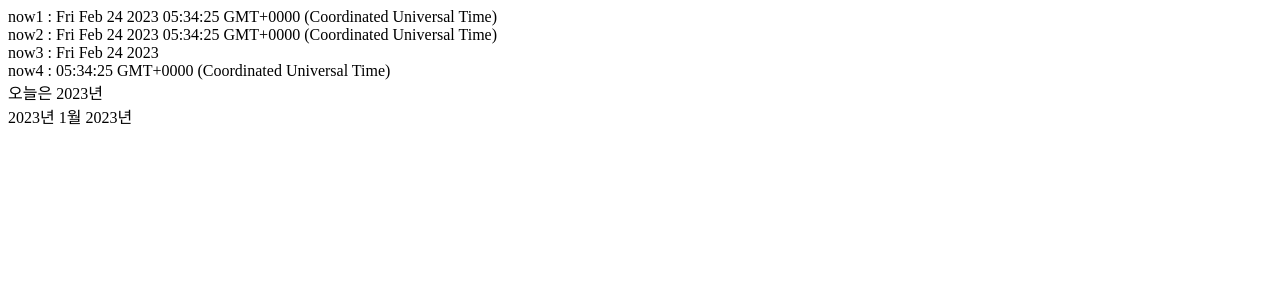
Repository: song-bean/Web_song
Page: 03_JavaScript/src/main/webapp/02_내장객체/Ex07.html
An editor plug-in stored every save of this project. The page is shown before and after the next save, followed by the edit.
The browser window is 1280 px wide. The pictures show the whole page.

Above is the page before, as saved 2023-02-28 01:03:13.

### 03_JavaScript/src/main/webapp/02_내장객체/Ex07.html
<!DOCTYPE html>
<html>
<head>
<meta charset="UTF-8">
<title>Ex07</title>
<script type="text/javascript">
	var now = new Date();
	document.write("now1 : " + now + "<br>");
	document.write("now2 : " + now.toString() + "<br>");
	document.write("now3 : " + now.toDateString() + "<br>");
	document.write("now4 : " + now.toTimeString() + "<br>");

	document.write("오늘은 ");
	document.write(now.getYear()+1900 + "년<br>"); //1900년이 기준
	document.write(now.getUTCFullYear() + "년 ");

	//월 일 시 분 초
	document.write(now.getMonth() + "월 ");
	document.write(now.getUTCFullYear() + "년 ");


</script>
</head>
<body>

</body>
</html>

After the next save:
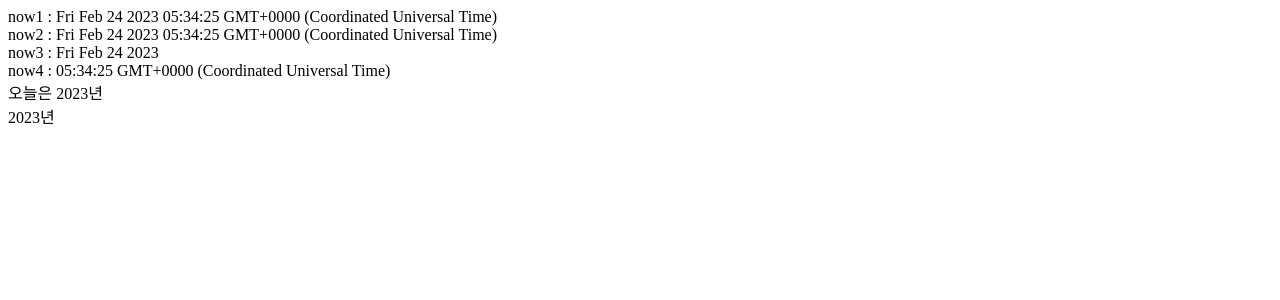
Console error: TypeError: now.getUTCFullMonth is not a function
Saved 12 s later.
--- a/03_JavaScript/src/main/webapp/02_내장객체/Ex07.html
+++ b/03_JavaScript/src/main/webapp/02_내장객체/Ex07.html
@@ -15,7 +15,7 @@
 	document.write(now.getUTCFullYear() + "년 ");
 
 	//월 일 시 분 초
-	document.write(now.getMonth() + "월 ");
+	document.write(now.getUTCFullMonth() + "월 ");
 	document.write(now.getUTCFullYear() + "년 ");
 
 

After the 2 saves that followed:
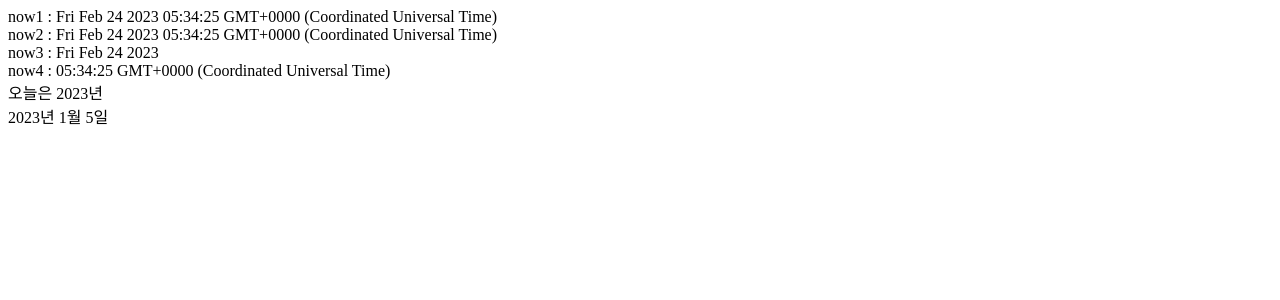
The error is gone.
The 2 saves are shown as one change because they came seconds apart.
The last was saved 15 s later.
--- a/03_JavaScript/src/main/webapp/02_내장객체/Ex07.html
+++ b/03_JavaScript/src/main/webapp/02_내장객체/Ex07.html
@@ -15,8 +15,8 @@
 	document.write(now.getUTCFullYear() + "년 ");
 
 	//월 일 시 분 초
-	document.write(now.getUTCFullMonth() + "월 ");
-	document.write(now.getUTCFullYear() + "년 ");
+	document.write(now.getMonth() + "월 ");
+	document.write(now.getDay() + "일 ");
 
 
 </script>
